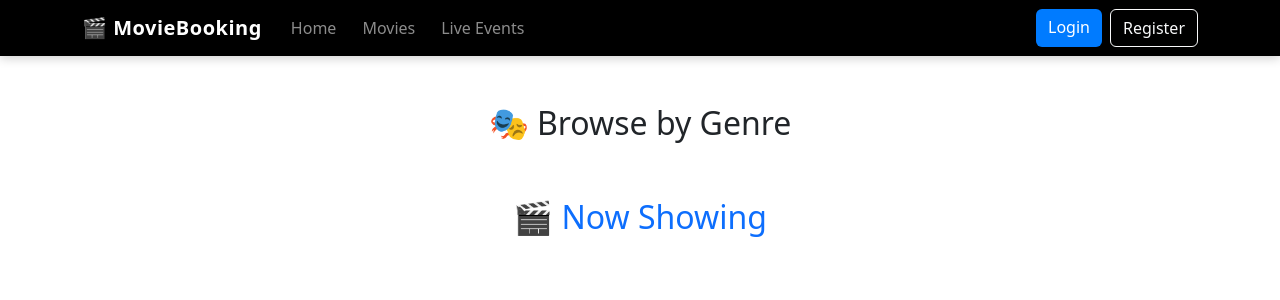
Repository: AshwinUgale/MovieBookingFrontend
Page: /movies
The author's editor kept a copy of each file at every save. The page is drawn from the files as they stood at one save, then again after the next save.
The browser window is 1280 px wide. The pictures show the whole page.
The page's requests for data from a server got no answer. The project was rebuilt for these pictures with package versions that can differ from the ones it lists, and the page was loaded fresh each time. No one was signed in, and anything a server would have sent is missing. Also part of the build but not shown: src/components/HeroSection.js, src/components/TrendingMovies.js, src/components/CallToAction.js, src/components/TrendingEvents.js, src/pages/HomePage.js, src/pages/LoginPage.js, src/pages/RegisterPage.js, src/pages/DashboardPage.js and 11 more.

Above is the page before, as saved 2025-03-31 01:02:52.

### src/index.js
import React from 'react';
import ReactDOM from 'react-dom/client';
import 'bootstrap/dist/css/bootstrap.min.css';


import App from './App';


const root = ReactDOM.createRoot(document.getElementById('root'));
root.render(
  <React.StrictMode>
    <App />
  </React.StrictMode>
);

### src/App.js
import { BrowserRouter as Router, Routes, Route } from "react-router-dom";
import HomePage from "./pages/HomePage";
import LoginPage from "./pages/LoginPage";
import RegisterPage from "./pages/RegisterPage";
import DashboardPage from "./pages/DashboardPage";
import PrivateRoute from "./utils/PrivateRoute";
import MovieList from "./pages/MovieList";
import ShowtimesPage from "./pages/ShowtimesPage";
import AdminMoviePage from "./pages/AdminMoviePage";
import AdminShowtimePage from "./pages/AdminShowtimePage";
import ShowtimePage from "./pages/ShowtimePage";
import PaymentPage from "./pages/PaymentPage";
import BookingHistoryPage from "./pages/BookingHistoryPage";
import CustomNavbar from "./components/Navbar";
import AuthProvider from "./context/AuthContext";
import Events from "./pages/Events";



function App() {
  return (
    <AuthProvider>
    <Router>
      <CustomNavbar/>
      <Routes>
        {/* Public Routes */}
        <Route path="/" element={<HomePage />} />
        <Route path="/login" element={<LoginPage />} />
        <Route path="/register" element={<RegisterPage />} />
        <Route path="/movies" element={<MovieList />} />  {/* ✅ Updated path */}
        <Route path="/events" element={<Events />} />
        <Route path="/showtimes/fake/:movieId" element={<ShowtimesPage />} />  {/* ✅ Updated path */}
        <Route path="/showtime/:showtimeId" element={<ShowtimePage />} />
        <Route path="/payment/:bookingId" element={<PaymentPage />} />

        {/* Protected Routes */}
        <Route path="/dashboard" element={<PrivateRoute component={DashboardPage} />} />
        <Route path="/admin/movies" element={<PrivateRoute component={AdminMoviePage} />} />
        <Route path="/admin/showtimes" element={<PrivateRoute component={AdminShowtimePage} />} />
        <Route path="/bookings" element={<PrivateRoute component={BookingHistoryPage} />} />
      </Routes>
    </Router>
    </AuthProvider>
  );
}

export default App;

### src/pages/MovieList.js
import { useEffect, useState } from "react";
import { fetchMovies } from "../services/api";
import { useLocation, useNavigate } from "react-router-dom";
import { Container, Row, Col, Card, Button, Spinner } from "react-bootstrap";
import GenreSection from "../components/GenreSection";

const MovieList = () => {
  const [movies, setMovies] = useState([]);
  const [loading, setLoading] = useState(true);

  // ✅ Load More state
  const [visibleCount, setVisibleCount] = useState(8);

  const navigate = useNavigate();
  const location = useLocation();

  useEffect(() => {
    const query = new URLSearchParams(location.search);
    const selectedGenre = query.get("genre");

    const getMovies = async () => {
      try {
        const data = await fetchMovies();
        const filtered = selectedGenre
          ? data.filter((movie) => {
              const genres = Array.isArray(movie.genre)
                ? movie.genre
                : movie.genre.split(",");
              return genres.map(g => g.trim()).includes(selectedGenre);
            })
          : data;

        setMovies(filtered);
        setVisibleCount(16); // ✅ Reset count when genre changes
      } catch (error) {
        console.error("Error fetching movies:", error);
      }
      setLoading(false);
    };

    getMovies();
  }, [location.search]);
  console.log("📦 Movies state:", movies);
  console.log("📦 Loading state:", loading);

  return (
    <div>
      <GenreSection />
      <Container className="mt-4">
        <h2 className="text-center text-primary">🎬 Now Showing</h2>

        {loading ? (
          <div className="text-center">
            <Spinner animation="border" variant="primary" />
          </div>
        ) : (
          <>
            <Row className="mt-4">
              {/* ✅ Only show up to visibleCount */}
              {Array.isArray(movies) && movies.slice(0, visibleCount).map((movie) => (
                <Col key={movie._id} xs={12} sm={6} md={4} lg={3} className="mb-3">
                  <Card className="shadow-sm text-center" style={{ width: "100%", maxWidth: "220px", margin: "auto" }}>
                    <div
                      style={{
                        width: "100%",
                        height: "300px",
                        overflow: "hidden",
                        backgroundColor: "#f0f0f0",
                        display: "flex",
                        alignItems: "center",
                        justifyContent: "center"
                      }}
                    >
                      <Card.Img
                        variant="top"
                        src={movie.posterUrl || "https://via.placeholder.com/200x300"}
                        alt={movie.title}
                        style={{
                          width: "100%",
                          height: "300px",
                          objectFit: "cover"
                        }}
                        onError={(e) => { e.target.src = "/default-poster.jpg"; }}
                      />
                    </div>
                    <Card.Body className="p-2">
                      <Card.Title className="fs-6">{movie.title}</Card.Title>
                      <Card.Text className="mb-2">
                        <small className="text-muted">
                          {Array.isArray(movie.genre)
                            ? movie.genre.join(", ")
                            : movie.genre || "Unknown"}{" "}
                          | {movie.duration || "N/A"} min
                        </small>
                      </Card.Text>
                      <Button
                        variant="primary"
                        size="sm"
                        onClick={() => navigate(`/showtimes/fake/${movie._id}`)}
                      >
                        Showtimes
                      </Button>
                    </Card.Body>
                  </Card>
                </Col>
              ))}
            </Row>

            {/* ✅ Load More Button */}
            {visibleCount < movies.length && (
              <div className="text-center mt-3">
                <Button variant="outline-primary" onClick={() => setVisibleCount(prev => prev + 8)}>
                  Load More
                </Button>
              </div>
            )}
          </>
        )}
      </Container>
    </div>
  );
};

export default MovieList;

### src/components/Navbar.js
import { Link } from "react-router-dom";
import { useContext } from "react";
import { AuthContext } from "../context/AuthContext"; // ✅ Import AuthContext
import { Navbar, Nav, Container, Button } from "react-bootstrap"; // ✅ Import Bootstrap components

const CustomNavbar = () => {
    const { isAuthenticated, logout } = useContext(AuthContext); // ✅ Use authentication state

    return (
        <Navbar bg="black" variant="dark" expand="lg" className="custom-navbar">
            <Container>
                <Navbar.Brand as={Link} to="/" className="brand-text">🎬 MovieBooking</Navbar.Brand>
                <Navbar.Toggle aria-controls="basic-navbar-nav" />
                <Navbar.Collapse id="basic-navbar-nav">
                    <Nav className="me-auto">
                        <Nav.Link as={Link} to="/" className="nav-link-custom">Home</Nav.Link>
                        <Nav.Link as={Link} to="/movies" className="nav-link-custom">Movies</Nav.Link>
                        <Nav.Link as={Link} to="/events" className="nav-link-custom">Live Events</Nav.Link>
                        {isAuthenticated && <Nav.Link as={Link} to="/bookings" className="nav-link-custom">My Bookings</Nav.Link>}
                    </Nav>
                    <Nav>
                        {!isAuthenticated ? (
                            <>
                                <Button variant="primary" as={Link} to="/login" className="mx-2">Login</Button>
                                <Button variant="outline-light" as={Link} to="/register">Register</Button>
                            </>
                        ) : (
                            <Button variant="outline-light" onClick={logout}>Logout</Button>
                        )}
                    </Nav>
                </Navbar.Collapse>
            </Container>
        </Navbar>
    );
};

// Add styles for the navbar to match carousel background
const navbarStyle = `
    .custom-navbar {
        background-color: #000 !important;
        box-shadow: 0 2px 10px rgba(0,0,0,0.2);
    }

    .brand-text {
        font-weight: 600;
        letter-spacing: 0.5px;
    }

    .nav-link-custom {
        margin: 0 5px;
        transition: color 0.2s ease;
        position: relative;
    }

    .nav-link-custom:after {
        content: '';
        position: absolute;
        bottom: 0;
        left: 50%;
        transform: translateX(-50%);
        width: 0;
        height: 2px;
        background-color: #007bff;
        transition: width 0.3s ease;
    }

    .nav-link-custom:hover:after {
        width: 100%;
    }

    .nav-link-custom:hover {
        color: #fff !important;
    }
`;

// Inject styles
const styleTag = document.createElement("style");
styleTag.innerHTML = navbarStyle;
document.head.appendChild(styleTag);

export default CustomNavbar;

### src/context/AuthContext.js
import { createContext, useState, useEffect } from "react";

export const AuthContext = createContext();

const AuthProvider = ({ children }) => {
    const [isAuthenticated, setIsAuthenticated] = useState(!!localStorage.getItem("token"));

    useEffect(() => {
        const handleStorageChange = () => {
            setIsAuthenticated(!!localStorage.getItem("token"));
        };

        window.addEventListener("storage", handleStorageChange);

        return () => {
            window.removeEventListener("storage", handleStorageChange);
        };
    }, []);

    const login = (token) => {
        localStorage.setItem("token", token);
        setIsAuthenticated(true);
    };

    const logout = () => {
        localStorage.removeItem("token");
        setIsAuthenticated(false);
    };

    return (
        <AuthContext.Provider value={{ isAuthenticated, login, logout }}>
            {children}
        </AuthContext.Provider>
    );
};

export default AuthProvider;

### src/services/api.js
import axios from "axios";

const api = axios.create({
  baseURL: "http://localhost:5000/api",
  headers: {
    "Content-Type": "application/json",
  },
});


api.interceptors.request.use((config) => {
  const token = localStorage.getItem("token");
  if (token) {
    config.headers.Authorization = `Bearer ${token}`;
  }
  return config;
});

export const fetchMovies = async () => {
  const response = await api.get("/movies");
  return response.data;
};


export const fetchShowtimes = async (movieId) => {
  try {
    const response = await api.get(`/showtimes/fake?movie=${movieId}`);
    console.log("🎬 API response:", response.data);
    return response.data;
  } catch (error) {
    console.error("Error fetching showtimes:", error);
    return [];
  }
};



export const addMovie = async (movieData) => {
  const token = localStorage.getItem("token");
  const response = await api.post("/movies", movieData, {
    headers: { Authorization: `Bearer ${token}` },
  });
  return response.data;
};

export const addShowtime = async (showtimeData) => {
  const token = localStorage.getItem("token");
  const response = await api.post("/showtimes", showtimeData, {
    headers: { Authorization: `Bearer ${token}` },
  });
  return response.data;
};


export const fetchSeats = async (showtimeId) => {
  try {
    const response = await api.get(`/showtimes/${showtimeId}`);
    console.log("🎯 Seat API response:", response.data);

    if (response.data && Array.isArray(response.data.availableSeats) && response.data.availableSeats.length > 0) {
      return response.data.availableSeats;
    } else {
      console.warn("🚨 No availableSeats or empty, falling back.");
      return generateReducedSeats();
    }
  } catch (error) {
    console.error("❌ Error fetching seats:", error);
    return generateReducedSeats();
  }
};


// ✅ Function to Generate a Reduced Theater Layout (30-40% fewer seats)
const generateReducedSeats = () => {
  const sections = ["VIP", "Platinum", "Gold", "Silver", "Economy"];
  let generatedSeats = [];

  sections.forEach((section) => {
    for (let row = 1; row <= 5; row++) { // Reduced from 7 to 5 rows
      for (let seat = 1; seat <= 8; seat++) { // Reduced from 12 to 8 seats per row
        generatedSeats.push({
          id: `${section}-${row}-${seat}`,
          number: `${section[0]}${row}${seat}`, // Example: V12, P32
          type: section,
          booked: Math.random() < 0.1 // 10% seats randomly booked
        });
      }
    }
  });

  return generatedSeats;
};




export const bookSeats = async (showtimeId, selectedSeats) => {
  const response = await api.post("/bookings", {
    showtimeId,
    seats: selectedSeats,
  });
  return response.data;
};


export const mockPayment = async (bookingId) => {
  try {
      const response = await api.post("/payments/pay", { bookingId });
      return response.data;
  } catch (error) {
      console.error("Error processing mock payment:", error);
      throw error;
  }
};

export const fetchBookingHistory = async () => {
  try {
      const response = await api.get("/bookings/history");  // GET request
      return response.data;
  } catch (error) {
      console.error("Error fetching booking history:", error);
      throw error;
  }
};


export const cancelBooking = async (bookingId) => {
  try {
      const response = await api.delete(`/bookings/${bookingId}`); // DELETE request
      return response.data;
  } catch (error) {
      console.error("Error canceling booking:", error);
      throw error;
  }
};

export const fetchEvents = async (city = "", category = "") => {
  try {
    let url = "/ticketmaster/events";

    const queryParams = [];
    if (city) queryParams.push(`city=${encodeURIComponent(city)}`);
    if (category) queryParams.push(`category=${category}`);

    if (queryParams.length > 0) {
      url += "?" + queryParams.join("&");
    }

    console.log("🔍 Fetching events from:", url); // Debugging API request

    const response = await api.get(url);
    console.log("✅ Received Events Data:", response.data); // Debugging API response

    return response.data;
  } catch (error) {
    console.error("❌ Error fetching live events:", error.response?.data || error.message);
    return [];
  }
};




export default api;

### src/components/GenreSection.js
import React, { useEffect, useState } from "react";
import api from "../services/api";

const GenreSection = () => {
  const [genres, setGenres] = useState([]);

  useEffect(() => {
    async function fetchGenres() {
      try {
        const response = await api.get("/movies/genres");
        console.log("📦 Genres API Response:", response.data);

        // Make sure the response is an array
        if (!Array.isArray(response.data)) {
          console.error("Genres API returned non-array data:", response.data);
          return;
        }

        // Extract genre names
        const genreNames = response.data.map((g) => g.name);
        setGenres(genreNames);
      } catch (err) {
        console.error("🔥 Error in fetchGenres:", err.message);
      }
    }

    fetchGenres();
  }, []);

  return (
    <div className="container my-5">
      <h2 className="text-center">🎭 Browse by Genre</h2>
      <div className="d-flex flex-wrap justify-content-center">
        {genres.map((genre, index) => (
          <a
            key={`${genre}-${index}`}
            href={`/movies?genre=${genre}`}
            className="btn btn-outline-secondary m-2"
          >
            {genre}
          </a>
        ))}
      </div>
    </div>
  );
};

export default GenreSection;

### src/styles/DarkTheme.css
/* Global Dark Theme Styling */
body {
  background-color: #121212;
  color: #e0e0e0;
}

/* Main container background */
.container {
  background-color: #121212;
}

/* Card styling */
.card {
  background-color: #1e1e1e !important;
  color: #e0e0e0 !important;
  border: none !important;
  box-shadow: 0 4px 12px rgba(0,0,0,0.2);
}

/* Text colors */
h1, h2, h3, h4, h5, h6 {
  color: #e0e0e0 !important;
}

.text-dark {
  color: #e0e0e0 !important;
}

.text-muted {
  color: #aaaaaa !important;
}

/* Form controls */
.form-control {
  background-color: #2d2d2d !important;
  border-color: #333 !important;
  color: #fff !important;
}

.form-control::placeholder {
  color: #aaa !important;
}

.form-control:focus {
  background-color: #2d2d2d !important;
  color: #fff !important;
  box-shadow: none !important;
  border-color: #007bff !important;
}

/* Button styling */
.btn-outline-primary,
.btn-outline-success,
.btn-outline-danger {
  color: #e0e0e0 !important;
}

/* Modal and dropdown styling */
.modal-content {
  background-color: #1e1e1e !important;
  color: #e0e0e0 !important;
}

.dropdown-menu {
  background-color: #1e1e1e !important;
  color: #e0e0e0 !important;
}

.dropdown-item {
  color: #e0e0e0 !important;
}

.dropdown-item:hover {
  background-color: #333 !important;
}

/* Table styling */
.table {
  color: #e0e0e0 !important;
}

.table-striped tbody tr:nth-of-type(odd) {
  background-color: rgba(255, 255, 255, 0.05) !important;
}

/* List group styling */
.list-group-item {
  background-color: #1e1e1e !important;
  color: #e0e0e0 !important;
  border-color: #333 !important;
}

/* Alert styling */
.alert-light {
  background-color: #2d2d2d !important;
  color: #e0e0e0 !important;
  border-color: #333 !important;
}

/* Background utility classes */
.bg-light {
  background-color: #1e1e1e !important;
}

.bg-white {
  background-color: #1e1e1e !important;
}

/* Pagination */
.page-item .page-link {
  background-color: #1e1e1e !important;
  color: #e0e0e0 !important;
  border-color: #333 !important;
}

.page-item.active .page-link {
  background-color: #007bff !important;
  border-color: #007bff !important;
}

/* Badge styling */
.badge-light {
  background-color: #2d2d2d !important;
  color: #e0e0e0 !important;
}

/* Added shadows for depth */
.shadow, .shadow-sm {
  box-shadow: 0 4px 12px rgba(0,0,0,0.4) !important;
}

Loaded but not shown: public/index.html (common file)

After the next save:
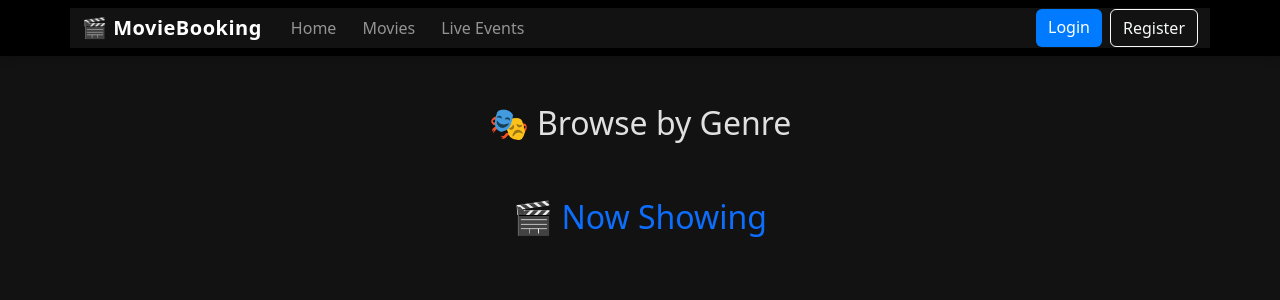
Saved 14 s later.
--- a/src/App.js
+++ b/src/App.js
@@ -15,7 +15,10 @@ import CustomNavbar from "./components/Navbar";
 import AuthProvider from "./context/AuthContext";
 import Events from "./pages/Events";
 
-
+// Import Bootstrap CSS
+import 'bootstrap/dist/css/bootstrap.min.css';
+// Import global dark theme
+import './styles/DarkTheme.css';
 
 function App() {
   return (
